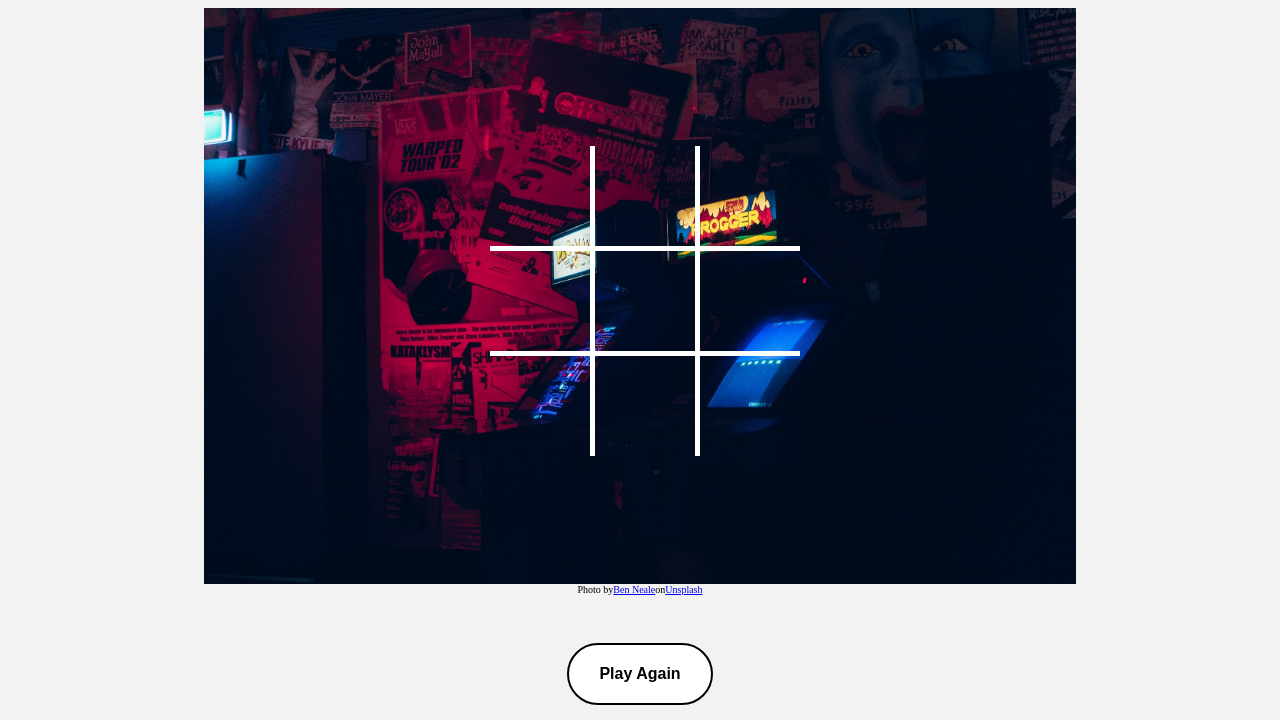
Repository: DrummerDee/tictactoe
Page: index.html
An editor plug-in stored every save of this project. The page is shown before and after a run of saves, followed by the edit.
The browser window is 1280 px wide. The pictures show the whole page.

Above is the page before, as saved 2022-07-06 15:27:23.

### index.html
<!DOCTYPE html>
<html lang="en">
<head>
    <meta charset="UTF-8">
    <meta http-equiv="X-UA-Compatible" content="IE=edge">
    <meta name="viewport" content="width=device-width, initial-scale=1.0">
    <link rel="stylesheet" href="tictac.css">
    <title>Tic Tac Toc </title>
</head>
<body>
    <main class="container">
        <section class="board" id="board">
            <div class="block" id="0"></div>
            <div class="block" id="1"></div>
            <div class="block" id="2"></div>
            <div class="block" id="3"></div>
            <div class="block" id="4"></div>
            <div class="block" id="5"></div>
            <div class="block" id="6"></div>
            <div class="block" id="7"></div>
            <div class="block" id="8"></div>
        </section>
    </main>
    <span id="cred">Photo by <a href="https://unsplash.com/@ben_neale?utm_source=unsplash&utm_medium=referral&utm_content=creditCopyText"> Ben Neale </a> on <a href="https://unsplash.com/s/photos/arcade-game-room?utm_source=unsplash&utm_medium=referral&utm_content=creditCopyText">Unsplash</a></span>
    <div id="declare"></div>
    <section class="footer">
    <button id="play">Play Again</button>
</section>
    <script src="tictac.js"></script>
</body>
</html>

### tictac.css
html{
    background-color: rgba(238, 238, 238, 0.717);
}
h1{
    text-align: center;
}
.container {
    min-width: 90vw;
    min-height: 80vh;
    display: flex;
    flex-direction: column;
    align-items: center;
    justify-content: center;
    background-image: url('/image/arcaderoom.jpeg');
    background-size: contain;
    background-repeat: no-repeat;
    background-position: center;
  }
    /*customs for the board */
    .board {
      display: grid;
      width: 300px;
      height: 300px;
     grid-template-columns: repeat(3,1fr);
     grid-template-rows: repeat(3,1fr);
    }
    .block {
      border-bottom: 5px solid white;
      border-right: 5px solid white;
      display: flex;
      width: 100px;
      height: 100px;
      align-items: center;
      justify-content: center;
      font-size: 3rem;
      font-weight: bold;
      color: white;
    }
    .block:nth-child(3n){
      border-right: none;
    }
    .block:nth-child(n+7){
      border-bottom: none;
    }

    .block:hover {
      cursor: pointer;
      background: yellow;
      transition: 0.2s ease-in-out;
    }
/* customs for button */
button {
    border-radius: 2rem;
    border: 2px solid black;
    padding: 20px 30px;
    font-size: 1rem;
    font-weight: bold;
    color: black;
    background-color: white;
    transition: all 0.2s ease-in-out;

  }

  button:hover {
    cursor: pointer;
    background: yellow;
    color: white;
  }

.footer{
   text-align: center;
   margin-top: 1%;
}
#cred,
#declare {
  display: flex;
  align-items: center;
  justify-content: center;
  font-size: 10px;
}


@keyframes blink {
  50%{
    opacity: 0
  }
  80% {
    opacity: 0.5
  }
}
#declare{
  font-size: 30px;
  color: red;
  font-weight: bold;
  animation:blink 1s linear infinite;
  height: 35px;
}

### tictac.js
const block = document.querySelectorAll('.block');
const board = new Array(9).fill(null);
const again = document.getElementById("play");
let check;
const O = "O";
const X = "X";

let currentPlayer = "X";


// winner combinations //
let winnerCombos = [
    [0,1,2],
    [3,4,5],
    [6,7,8],
    [0,3,6],
    [1,4,7],
    [2,5,8],
    [0,4,8],
    [2,4,6],
];
// spaceClicked function //
const spaceClicked = (e) => {
    const id = e.target.id;

 //prevent the characters from switching//
if(!board[id]){
    board[id] = currentPlayer;
 e.target.innerText=currentPlayer;

// you win function //
if( youWin()){
    return gameOver();
}
 currentPlayer = currentPlayer === X ? O : X;
};
}
//smurf for clicked spaces//
block.forEach((block) => block.addEventListener("click",spaceClicked));

//play again smurf//
again.addEventListener('click',playAgain);


// function for youWin //
function youWin(){
    winnerCombos.forEach(function(combo){
     check = combo.every(i => block[i].innerText == currentPlayer)
     let test = true;
     for(let i = 0 ; i < 9;i++){
        if(block[i].innerText == ''){
            test = false
        }
     }
        if(check){
            block.forEach((block) => block.removeEventListener('click',spaceClicked))
            document.getElementById('declare').innerText = (`${currentPlayer} is the winner`)
        }else if (test){
            document.getElementById('declare').innerText = (`It's a tie`)
        }
    })
}


// function for playAgain//
function playAgain(){
    block.forEach((block) => block.addEventListener("click",spaceClicked));
     document.getElementById('declare').innerText = ''
    currentPlayer = X;
    board.fill(null);
    block.forEach((block)=>{
        block.innerHTML = ""
    })
}

After the next 3 saves:
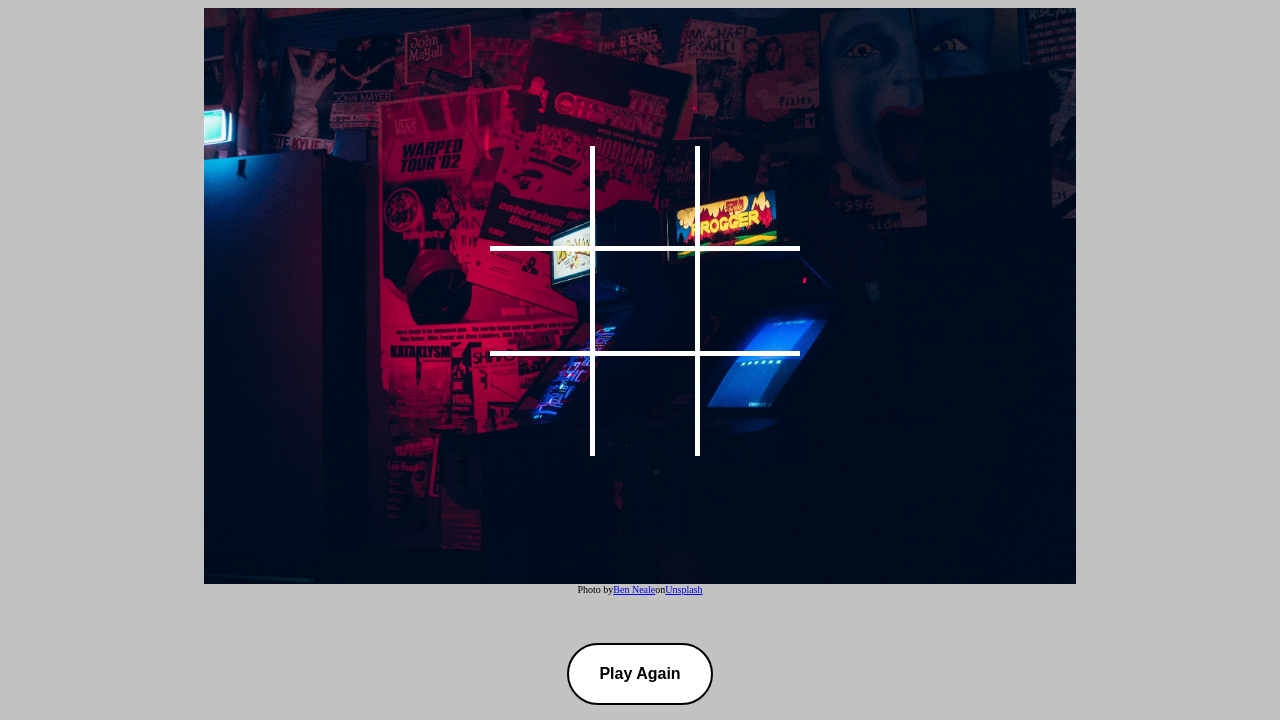
The 3 saves are shown as one change because they came seconds apart.
The last was saved 10 s later.
--- a/tictac.css
+++ b/tictac.css
@@ -1,5 +1,5 @@
 html{
-    background-color: rgba(238, 238, 238, 0.717);
+    background-color: rgba(172, 171, 171, 0.717);
 }
 h1{
     text-align: center;
